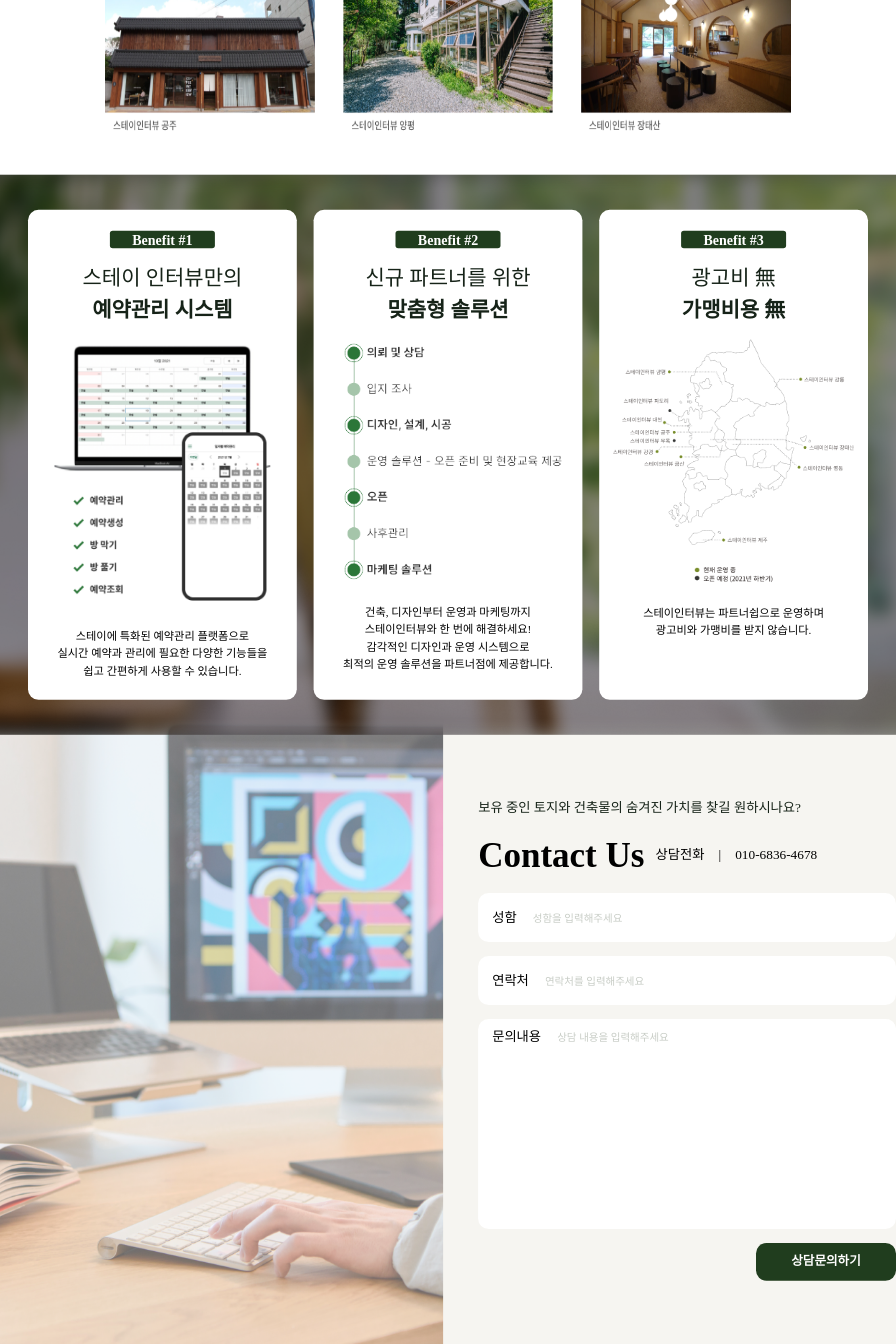
Repository: makeditWeb/stay_web
Page: /consulting
These files come from the project's save history. The page is drawn as it stood at one moment and after the next save; the edit follows.
The browser window is 1280 px wide. The pictures show the part of the page from y = 4414 to 6334 px (the page is 6792 px tall before and 6872 px after), at 70% of full size.
Some web fonts or font styles are not loaded; a fallback is used. The project was rebuilt for these pictures with package versions that can differ from the ones it lists, and the page was loaded fresh each time. Some packages were replaced by stand-ins written for this rebuild. The framework's server and built-in components were replaced by stand-ins that run in the browser. Also part of the build but not shown: next.config.js, next.config.mjs, src/styles/room-detail-modal.scss, src/styles/our-stay.scss, src/styles/login.scss, src/styles/sign-up.scss, src/styles/reservation-check.scss, src/styles/reservation-information.scss.

Above is the page before, as saved 2024-05-06 14:15:31.

### src/app/layout.tsx
"use client";
// import "./globals.css";
// import "../styles/globals.css";
import "@/styles/globals.scss";
import "@/styles/room-detail-modal.scss";
import "@/styles/consulting.scss";
import "@/styles/our-stay.scss";
import "@/styles/login.scss";
import "@/styles/sign-up.scss";
import "@/styles/reservation-check.scss";
import "@/styles/reservation-information.scss";
import "@/styles/menu-bar.scss";
import "slick-carousel";
import "slick-carousel/slick/slick.css";
import "slick-carousel/slick/slick-theme.css";
import Navbar from "@/components/Navbar";
import Footer from "@/components/Footer";
import styled from "styled-components";
import Script from "next/script";
// import "react-kakao-maps-sdk";

// const inter = Inter({ subsets: ["latin"] });

// export const metadata: Metadata = {
//   title: "Create Next App",
//   description: "Generated by create next app",
// };

export default function RootLayout({
  children,
}: Readonly<{
  children: React.ReactNode;
}>) {
  return (
    <html lang="en">
      <BodyContainer>
        <div className="header_continer">
          <Navbar />
        </div>
        <main>{children}</main>
        <div id="modal-root"></div>
        <FooterContainer>
          <Footer />
        </FooterContainer>
        <link
          rel="preconnect"
          as="image"
          href="https://stay-interview.s3.amazonaws.com/stayinterviewLogo.png"
        />
        <link rel="preconnect" href="https://cdn.jsdelivr.net" />
        {/* <Script src="https://developers.kakao.com/sdk/js/kakao.js" async /> */}
        {/* <Script
          strategy="beforeInteractive"
          type="text/javascript"
          src={`//dapi.kakao.com/v2/maps/sdk.js?appkey=a98d4c1b2d78b9d4e9ab8a8adc84a85b&autoload=false&libraries=services`}
        ></Script> */}
        {/* <Script
          strategy="beforeInteractive"
          type="text/javascript"
          src={`//dapi.kakao.com/v2/maps/sdk.js?appkey=${process.env.NEXT_PUBLIC_KAKAOMAP_APPKEY}&autoload=false&libraries=services`}
        ></Script> */}
        {/* <script src="https://pay.nicepay.co.kr/v1/js/"></script> */}
        {/* <Script
          src="https://pg-web.nicepay.co.kr/v3/common/js/nicepay-pgweb.js"
          type="text/javascript"
        ></Script> */}
        {/* <script src="https://pg-web.nicepay.co.kr/v3/common/js/nicepay-pgweb.js"></script> */}
      </BodyContainer>
    </html>
  );
}

const BodyContainer = styled.body`
  width: 100%;
  overflow: auto;
  background: #f6f5f1;
`;

// const HeaderContainer = styled.header`
//   position: absolute;
//   width: 100%;
//   // width: 100%;
//   // position: sticky;
//   top: 0;
//   /* background-color: #162318;
//   opacity: 0.5; */
//   z-index: 10;
// `;

const FooterContainer = styled.footer`
  background-color: #203d1e;
`;

### src/app/(dashboard)/consulting/page.tsx
"use client";
import React from "react";
import Image from "next/image";
import styled from "styled-components";

export default function ConsultingPage() {
  return (
    <div className="container_consulting">
      <div className="relative">
        <div>
          <img
            src="/consultingImg.png"
            alt="컨설팅 이미지"
            className="img_consuting_top"
          />
        </div>
        <div className="box_consulting_top">
          <div className="box_consulting_logo">
            <img src="/consultingLogo.png" alt="컨설팅 로고" />
          </div>
          <div className="title_head_consulting">스테이인터뷰와 함께 할</div>
          <div className="title_sub_head_consulting">파트너를 찾습니다.</div>
          <div className="btn_contact_us">문의하기 →</div>
        </div>
        <div className="absolute flex transform -translate-x-1/2 -translate-y-1/2 left-1/2 ">
          <Image
            width={1200}
            height={800}
            src="/consultingSubImg.jpg"
            alt="컨설팅 로고"
          />
        </div>
      </div>
      <div className="box_main_content">
        <div className="box_title_main_content">
          <div className="title_main_content">Our Partner</div>
          <div className="text_main_content">
            스테이인터뷰는 가장 자연스러운 휴식에 방향을 두고
            <br />
            휴식 공간의 가치에 대한 탐구를 바탕으로 사업의 영역을 확장해 나가고
            있습니다.
          </div>
          <div className="text_sub_main_content">
            파트너란 스테이인터뷰를 함께 만들고 운영해 나갈 파트너점의
            대표님입니다.
            <br />
            코로나 팬데믹 기간동안에도 스테이인터뷰 파트너점에서는 한달 평균
            예약율 94%를 달성 하였으며,
            <br />
            같은 달 28,000 분께서 커피인터뷰를 찾아주셨습니다.
          </div>
        </div>
        <div className="box_img_main_content">
          <div className="box_reservation_rate">
            <div className="box_img_reservation_rate">
              <img src="/reservationIcon.png" alt="예약율 아이콘" />
            </div>
            <div className="title_reservation_rate">한 달 평균 예약율</div>
            <div className="text_reservation_rate">94%</div>
          </div>
          <div className="box_visitor">
            <div className="box_img_visitor">
              <img src="/visitorIcon.png" alt="예약율 아이콘" />
            </div>
            <div className="title_visitor">커피인터뷰 방문객</div>
            <div className="text_visitor">28,000명</div>
          </div>
        </div>
      </div>
      <div className="title_main_content_bot">어떻게 가능했을까요?</div>
      <div className="box_point_one">
        <div className="box_img_point_one">
          <img src="/consultingImg2.png" alt="서브 이미지" />
        </div>
        <div className="box_icon_point_one">
          <div className="box_img_icon_point_one">
            <img
              className="img_icon_point_one"
              src="/architectureImg.png"
              alt="서브 이미지"
            />
          </div>
          <div className="container_badge_point">
            <div className="box_badge_point">Point 1</div>
          </div>
          <div className="title_point_one">
            건출물과 지형의 숨어있는 가치를 찾아냅니다.
          </div>
          <div className="text_point_one">
            오랫동안 방치된 골조 건물을 카페와 펜션으로 개축하여, <br></br>2018 강원도
            건축문화상 대상을 수상하며 강릉 최고의 SNS 사진 명소가 되었습니다.
          </div>
        </div>
      </div>
      <div className="box_point_two">
        <div className="box_icon_point_two">
          <div className="box_img_icon_point_two">
            <img
              className="img_icon_point_two"
              src="/bulbImg.png"
              alt="전구 아이콘"
            />
          </div>
          <div className="container_badge_point">
            <div className="box_badge_point">Point 2</div>
          </div>
          <div className="title_point_one">트랜드를 정확히 짚어내는 감각</div>
          <div className="text_point_two">
            손님이 끊긴 낡은 펜션을 태국의 휴양지 컨셉으로 리모델링 하였습니다
            <br></br>오픈 직후 예약을 100% 달성 하였으며, <br></br>대전 근교의 주말 나들이 명소가
            되었습니다.
          </div>
          <div className="div_img_point_two">
            <div className="box_remodeling_before">
              <img
                src="/remodelingBeforeImg.png"
                alt="리모델링 전"
                className="img_remodeling_before"
              />
              <div className="box_text_remodeling">
                <div className="text_remodeling_before">리모델링 전</div>
              </div>
            </div>
            <div className="box_remodeling_after">
              <img
                src="/remodelingAfterImg.png"
                alt="리모델링 후"
                className="img_remodeling_after"
              />
              <div className="box_text_remodeling">
                <div className="text_remodeling_after">리모델링 후</div>
              </div>
            </div>
          </div>
          {/* <div className="box_text_remodeling">
            <div className="text_remodeling_before">리모델링 전</div>
            <div className="text_remodeling_after">리모델링 후</div>
          </div> */}
        </div>
      </div>
      <div className="px-5 container_how_to_build md:px-0">
        <div className="box_how_to_build">
          <div className="box_img_how_to_build">
            <img src="/bedImg.png" alt="소파" className="img_how_to_build" />
          </div>
          <div className="box_badge_how_to_build">How to Build</div>
          <div className="title_how_to_build">
            인테리어 소품 하나까지 세밀하게
          </div>
          <div className="text_how_to_build">
            획일화된 인테리어가 아닌 적재적소에 맞는 컨셉을 디자인합니다.
            <br />
            컨셉 디자인을 구체화하고 나면 빌드인터뷰팀이 상상을 현실로
            구현합니다.
          </div>
          <div className="btn_more_stay">스테이인터뷰 더 보러가기</div>
          <div>
            <div className="container_img_stay">
              <div className="box_img_stay">
                <img
                  src="/consultingImgBed1.png"
                  alt="스테이인터뷰"
                  className="img_stay"
                />
              </div>
              <div className="box_img_stay">
                <img
                  src="/consultingImgBed2.png"
                  alt="스테이인터뷰"
                  className="img_stay"
                />
              </div>
              <div className="box_img_stay">
                <img
                  src="/consultingImgBed3.png"
                  alt="스테이인터뷰"
                  className="img_stay"
                />
              </div>
            </div>
          </div>
        </div>
      </div>
      <div>
        <div className="box_benefit">

          <div className="container_benefit_content">
            <div className="container_max1400">
              <div className="div_benefit_content">
                <div className="div_benefit_badge">Benefit #1</div>
                <div className="title_benefit_content">스테이 인터뷰만의</div>
                <div className="sub_title_benefit_content">예약관리 시스템</div>
                <div className="div_img_benefit_content">
                  <img
                    src="/benefit1.png"
                    alt="베네핏1"
                    className="img_benefit_content"
                  />
                </div>
                <div className="text_benefit_content">
                  스테이에 특화된 예약관리 플랫폼으로
                  <br /> 실시간 예약과 관리에 필요한 다양한 기능들을
                  <br /> 쉽고 간편하게 사용할 수 있습니다.
                </div>
              </div>
              <div className="div_benefit_content">
                <div className="div_benefit_badge">Benefit #2</div>
                <div className="title_benefit_content">신규 파트너를 위한</div>
                <div className="sub_title_benefit_content">맞춤형 솔루션</div>
                <div className="div_img_benefit_content">
                  <img
                    src="/benefit2.png"
                    alt="베네핏2"
                    className="img_benefit_content"
                  />
                </div>
                <div className="text_benefit_content">
                  건축, 디자인부터 운영과 마케팅까지
                  <br /> 스테이인터뷰와 한 번에 해결하세요!
                  <br /> 감각적인 디자인과 운영 시스템으로
                  <br /> 최적의 운영 솔루션을 파트너점에 제공합니다.
                </div>
              </div>
              <div className="div_benefit_content">
                <div className="div_benefit_badge">Benefit #3</div>
                <div className="title_benefit_content">광고비 無</div>
                <div className="sub_title_benefit_content">가맹비용 無</div>
                <div className="div_img_benefit_content">
                  <img
                    src="/benefit3.png"
                    alt="베네핏3"
                    className="img_benefit_content"
                  />
                </div>
                <div className="text_benefit_content">
                  스테이인터뷰는 파트너쉽으로 운영하며
                  <br />
                  광고비와 가맹비를 받지 않습니다.
                </div>
              </div>
            </div>
          </div>

        </div>
      </div>
      <div className="container_contact">
        <div className="div_img_contact">
          <img
            src="/contactUsImg.png"
            alt="콘텍 이미지"
            className="img_contact_us"
          />
        </div>
        <div className="px-5 div_contact_content md:px-0">
          <div className="div_contact_foreword">
            보유 중인 토지와 건축물의 숨겨진 가치를 찾길 원하시나요?
          </div>
          <div className="flex gap-4 items-center my-4 text-[15px] md:text-[19px]">
            <div className="flex-shrink-0 text-[20px] font-bold md:text-[50px]">
              Contact Us
            </div>
            <div className="flex gap-2 md:gap-5">
              <div className="flex-shrink-0 ">상담전화</div>|
              <div className="flex-shrink-0 ">010-6836-4678</div>
            </div>
          </div>
          <div className="flex gap-2 div_contact_name">
            <div className="flex-shrink-0">성함</div>
            <input
              className="div_contact_text"
              placeholder="성함을 입력해주세요"
            ></input>
          </div>
          <div className="flex gap-2 div_contact_phone">
            <div className="flex-shrink-0">연락처</div>
            <input
              className="div_contact_text"
              placeholder="연락처를 입력해주세요"
            ></input>
          </div>
          <div className="flex gap-2 container_inquiry_details">
            <div className="flex-shrink-0 w-fit div_inquiry_details">
              문의내용
            </div>
            <input
              className="div_contact_text"
              placeholder="상담 내용을 입력해주세요"
            ></input>
          </div>
          <div className="btn_consulting_contact_us">상담문의하기</div>
        </div>
      </div>
    </div>
  );
}

const ConsultingContainer = styled.div`
  // width: 1920px;
`;

const ConsultingInputBox = styled.input`
  // width: "830px",

  height: 40px;
  border: none;
  border-radius: 15px;

  &::placeholder {
    font-size: 15px;
    font-weight: 300;
    color: #c8cdc6;
  }

  &:focus {
    outline: none;
  }
`;

### src/styles/menu-bar.scss
@media screen and (max-width: 1199px) {
  body {
  }
}

@media screen and (max-width: 767px) {
  html {
    // width: 755px;
  }

  body {
    .menu {
      /* 햄버거 메뉴 아이콘 스타일 */
      display: block;
      cursor: pointer;
      width: 25px;
      height: 30px;
      position: relative;
    }

    .menu.active .bar {
      /* 햄버거 메뉴 활성화 상태일 때 바의 위치를 조정 */
      position: absolute;
    }

    .menu.active .bar:nth-child(2) {
      /* 햄버거 메뉴 활성화 상태일 때 중간 바를 투명하게 만들어 숨김 */
      opacity: 0;
    }

    .menu.active .bar:first-child {
      /* 햄버거 메뉴 활성화 상태일 때 상단 바를 45도 회전 */
      top: 25%;
      transform: rotate(45deg);
    }

    .menu.active .bar:last-child {
      /* 햄버거 메뉴 활성화 상태일 때 하단 바를 -45도 회전 */
      top: 25%;
      transform: rotate(-45deg);
    }

    .bar {
      /* 햄버거 바 스타일 */
      width: 25px;
      height: 3px;
      background-color: white;
      margin: 6px 0;
      transition: 1s; /* 트랜지션 효과로 부드러운 애니메이션 적용 */
    }

    .section_bar {
      background: rgba(22, 35, 24, 0.8);
      padding: 0 14px;
      display: none;
    }

    .section_bar.active {
      background: rgba(22, 35, 24, 0.8);
      padding: 0 14px 10px;
      display: block;
    }

    .navbar_container.active {
      background: rgba(22, 35, 24, 0.8);
    }
  }
}

.menu {
  /* 햄버거 메뉴 아이콘 스타일 */
  display: none;
}

.section_bar {
  display: none;
}

### src/components/Footer.tsx
import React from "react";
import Link from "next/link";
import styled from "styled-components";

export default function Footer() {
  return (
    <div className="footer_container">
      <div className="footer_content_container">
        <div className="footer_content_1">
          <div>
            <img
              src="/stayinterviewIcon.png"
              alt="사이트 아이콘"
              style={{ width: "50px", height: "50px" }}
            />
            <div className="bold_letter" style={{ margin: "10px 0 15px 0" }}>
              (주) 인터뷰
            </div>
          </div>
          <div style={{ display: "flex" }}>
            <div>
              <div className="small_bold_letter">대표자</div>
              <div className="small_bold_letter">주소</div>
              <div className="small_bold_letter">이메일</div>
              <div className="small_bold_letter">파트너 상담문의</div>
              <div className="small_bold_letter">사업자 등록번호</div>
            </div>
            <div style={{ marginLeft: " 25px" }}>
              <div className="thine_letter">권순창</div>
              <div className="thine_letter">
                대전광역시 서구 계룡로 199, 501호(월평동)
              </div>
              <div className="thine_letter">stay_interview@naver.com</div>
              <div className="thine_letter">010-6836-4678</div>
              <div className="thine_letter">383-81-01897</div>
            </div>
          </div>
        </div>
        <div className="footer_content_2">
          <Link
            href={{ pathname: "/contactUs" }}
            style={{ textDecoration: "none" }}
          >
            <div className="footer_title">CONTACT US</div>
          </Link>
          <Link
            href={{ pathname: "/termsAndConditions" }}
            style={{ textDecoration: "none" }}
          >
            <div className="footer_title">TEAMS AND CONDITION</div>
          </Link>
          <Link
            href={{ pathname: "/policies" }}
            style={{ textDecoration: "none" }}
          >
            <div className="footer_title">PRIVACY POLICY</div>
          </Link>
        </div>
      </div>
    </div>
  );
}

### src/app/api/config.ts
export const API = {
  PARTNER_STORE: "/partner-store",
  BUSINESS_INFORMTAION: "/business-information",
  STORE_FEATURE: "/store-feature",
  OPTION_PRODUCT: "/option-product",
  TOURIST_SPOT: "/tourist-spot",
  STORE_TERMS: "/store-terms",
  ROOM_TYPE: "/room-type",
  ROOM: "/room",
  SEASON: "/season",
  ROOM_RATE: "/room-rate",
  CODE: "/code",
  ADMIN: "/admin",
  MAIN_BANNER: "/main-banner",
  NOTICE: "/notice",
  OUR_NEWS: "our_news",
  USER_WEB: "/user-web",
  LOGIN: "/authentication/login",
  RESERVATION: "/reservation",
  NICE_ID: "/nice-id",
  AUTHENTICATION: "/authentication/refresh-token",
  ACCESS_TOKEN: "/authentication/access-token",
  TERMS: "/terms",
  HEALTH_CHECK: "/healthCheck",
};

### src/modules/common/api.ts
import axios, { AxiosInstance, AxiosResponse } from "axios";
import SweetAlert from "sweetalert2";

// axios instance 생성
export const customAxios: AxiosInstance = axios.create({
  baseURL: `${process.env.NEXT_PUBLIC_API_BASE_URL}`,
  headers: {
    "Content-Type": `application/json`,
    "Access-Control-Allow-Origin": "*",
    Accept: "application/json",
  },
});

customAxios.interceptors.request.use(
  (config) => {
    //cookie에 access_token,refresh_token을 어떤 이름으로 저장했는지?
    const accesskey = localStorage.getItem("accessToken");
    const refreshkey = localStorage.getItem("refreshToken");

    if (accesskey) {
      config.headers["accessToken"] = `Bearer ${accesskey}`;
      config.headers["refreshToken"] = `Bearer ${refreshkey}`;
      config.headers["Authorization"] = `Bearer ${accesskey}`;
    }
    return config;
  },
  (error) => {
    return Promise.reject(error);
  }
);

customAxios.interceptors.response.use(
  (response) => {
    console.log("customAxios.interceptors.response", response);

    return response;
  },
  (error) => {
    if (error.response) {
      const { status, data, msg } = error.response;

      if (status === Number(500)) {
        console.log("500 error");

        SweetAlert.fire({
          // title: "요청하신 작업을 수행하지 못했습니다.",
          text: `${
            data.message != null
              ? data.message
              : "일시적인 현상이니 잠시 후 다시 시도해 주세요.(오류코드:500)"
          }`,
        });

        return Promise.reject(error);
      }

      if (status === Number(401)) {
        console.log("401 error");
        localStorage.removeItem("accessToken");
        localStorage.removeItem("refreshToken");

        SweetAlert.fire({ title: "로그인 후 이용해주세요. :)" }).then(() => {
          window.location.href = `/login`;
        });

        return Promise.reject(error);
      }
    }
  }
);

Loaded but not shown: src/styles/globals.scss (3696 lines, source omitted); src/styles/consulting.scss (936 lines, source omitted); src/components/Navbar.tsx (232 lines, source omitted); tailwind.config.ts (103 lines, source omitted)

After the next save:
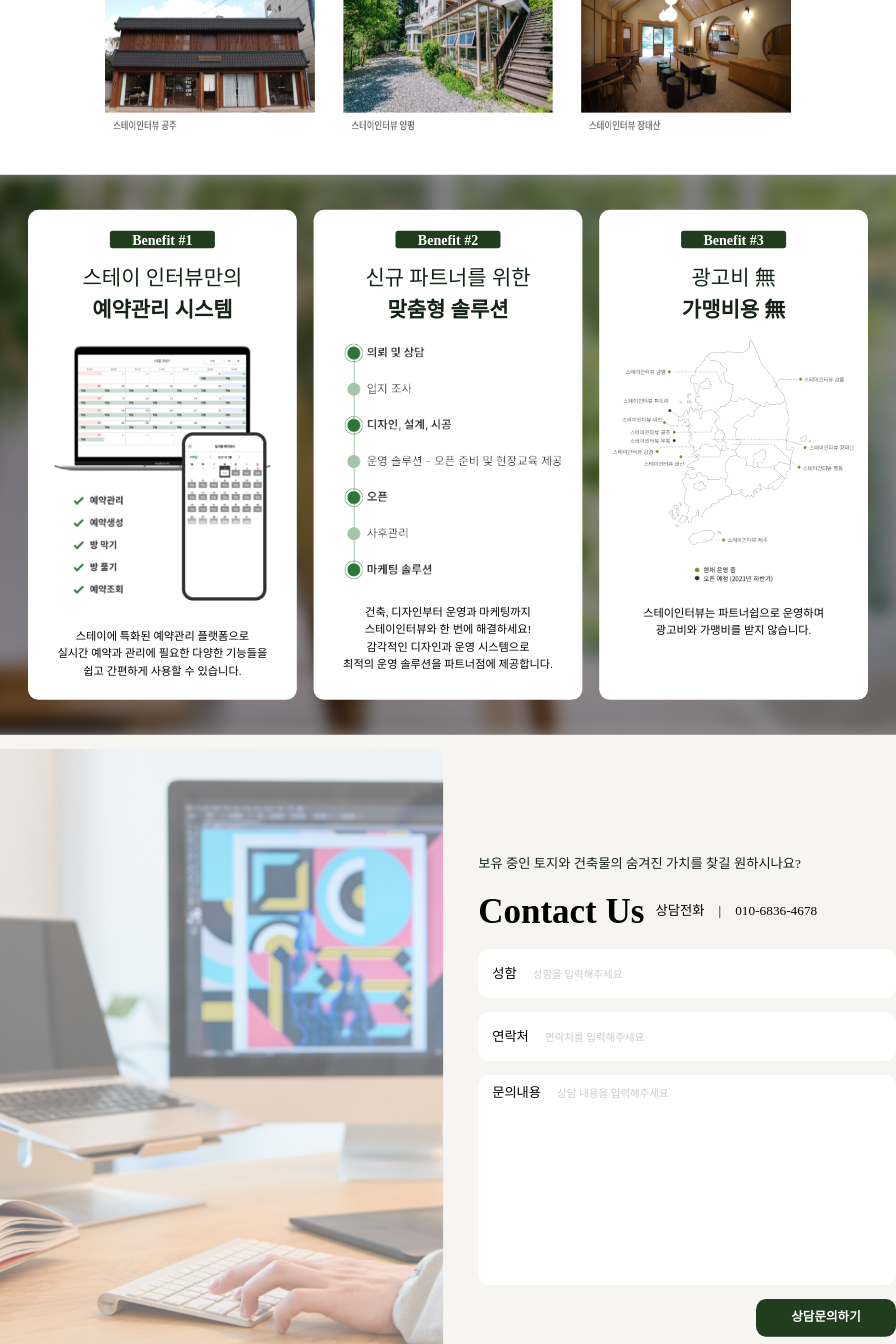
Saved 2 s later.
--- a/src/app/(dashboard)/consulting/page.tsx
+++ b/src/app/(dashboard)/consulting/page.tsx
@@ -182,7 +182,6 @@ export default function ConsultingPage() {
         </div>
       </div>
       <div>
-        <div className="box_benefit">
 
           <div className="container_benefit_content">
             <div className="container_max1400">
@@ -241,7 +240,6 @@ export default function ConsultingPage() {
             </div>
           </div>
 
-        </div>
       </div>
       <div className="container_contact">
         <div className="div_img_contact">
